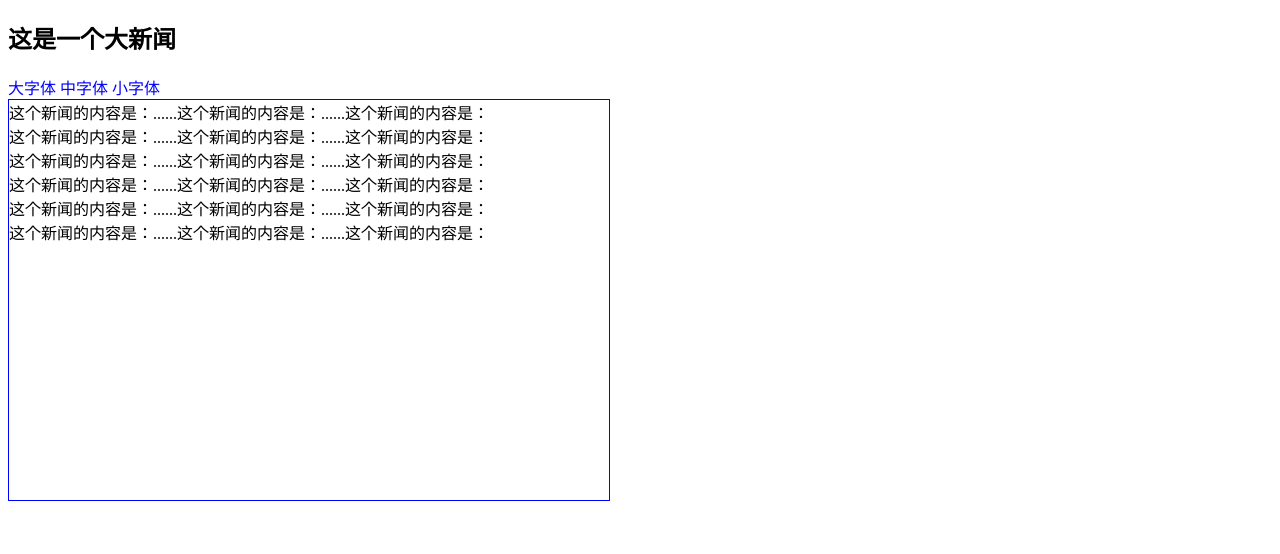
Repository: tangchengjingwen/javaLearningCode
Page: javaLearningCode/day31_html/demo_news.html
These files come from the project's save history. The page is drawn as it stood at one moment and after the next save; the edit follows.
The browser window is 1280 px wide. The pictures show the whole page.

Above is the page before, as saved 2012-05-15 07:17:26.

### javaLearningCode/day31_html/demo_news.html
<!DOCTYPE HTML PUBLIC "-//W3C//DTD HTML 4.01//EN" "http://www.w3.org/TR/html4/strict.dtd">
<html>
	<head>
		<meta http-equiv="Content-Type" content="text/html; charset=GBK">
		<title>Untitled Document</title>
		<style type="text/css">

			#newstext{border:#0000ff 1px solid;width:600px;height:400px}
			a:link,a:visited{
					color:#0000ff;
					text-decoration:none;
			}

			.max{
				color:#f00;
				font-size:24px;
			}
			.min{
				color:#0f0;
				font-size:12px;
			}
		</style>
	</head>
	<body>

		<!--
		需求：新闻字体的动态调整。
		1，用html标签对数据进行封装。
		2，定义样式，定义静态样式，再定义动态样式。
		3，确定事件源，和要处理的事件动作，是在事件处理方式中明确被处理的节点。
			事件源：三个超链接。 如何取消超链接的默认点击效果，href="javascript:void(0)"
			事件动作：onclick
			被处理的节点：newstext 新闻内容。

		-->
		<div id="newsid">
		<h2>这是一个大新闻</h2>

		<script type="text/javascript">

			function setFontSize(size,clr){

				//1，获取div新闻文本对象。
				var divNode = document.getElementById("newstext");

				//2,给div设置样式。
				divNode.style.fontSize = size;
				divNode.style.color = clr;
			}
		</script>

		<a href="javascript:void(0)" onclick="setFontSize('24px','#ff0000')">大字体</a>
		<a href="javascript:void(0)" onclick="setFontSize('16px','#000000')">中字体</a>
		<a href="javascript:void(0)" onclick="setFontSize('14px','#00ff00')">小字体</a>
		<div id="newstext">
		这个新闻的内容是：......这个新闻的内容是：......这个新闻的内容是：<br/>
		这个新闻的内容是：......这个新闻的内容是：......这个新闻的内容是：<br/>
		这个新闻的内容是：......这个新闻的内容是：......这个新闻的内容是：<br/>
		这个新闻的内容是：......这个新闻的内容是：......这个新闻的内容是：<br/>
		这个新闻的内容是：......这个新闻的内容是：......这个新闻的内容是：<br/>
		这个新闻的内容是：......这个新闻的内容是：......这个新闻的内容是：<br/>
		</div>
		</div>
	</body>
</html>

After the next save:
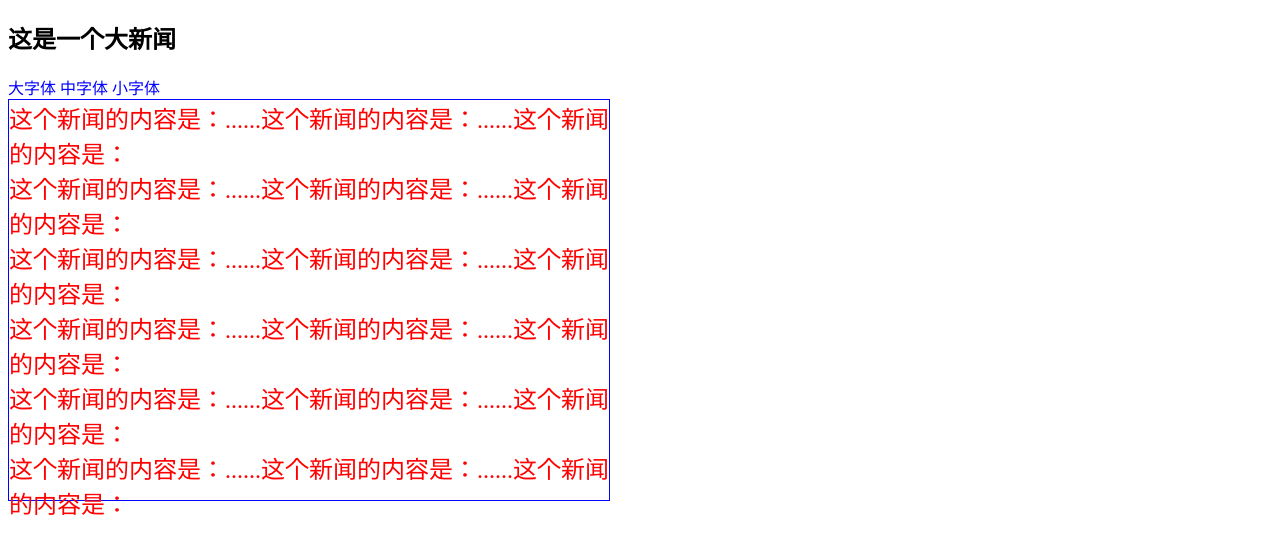
Saved 16 s later.
--- a/javaLearningCode/day31_html/demo_news.html
+++ b/javaLearningCode/day31_html/demo_news.html
@@ -52,7 +52,7 @@
 		<a href="javascript:void(0)" onclick="setFontSize('24px','#ff0000')">大字体</a>
 		<a href="javascript:void(0)" onclick="setFontSize('16px','#000000')">中字体</a>
 		<a href="javascript:void(0)" onclick="setFontSize('14px','#00ff00')">小字体</a>
-		<div id="newstext">
+		<div id="newstext" class="max">
 		这个新闻的内容是：......这个新闻的内容是：......这个新闻的内容是：<br/>
 		这个新闻的内容是：......这个新闻的内容是：......这个新闻的内容是：<br/>
 		这个新闻的内容是：......这个新闻的内容是：......这个新闻的内容是：<br/>
